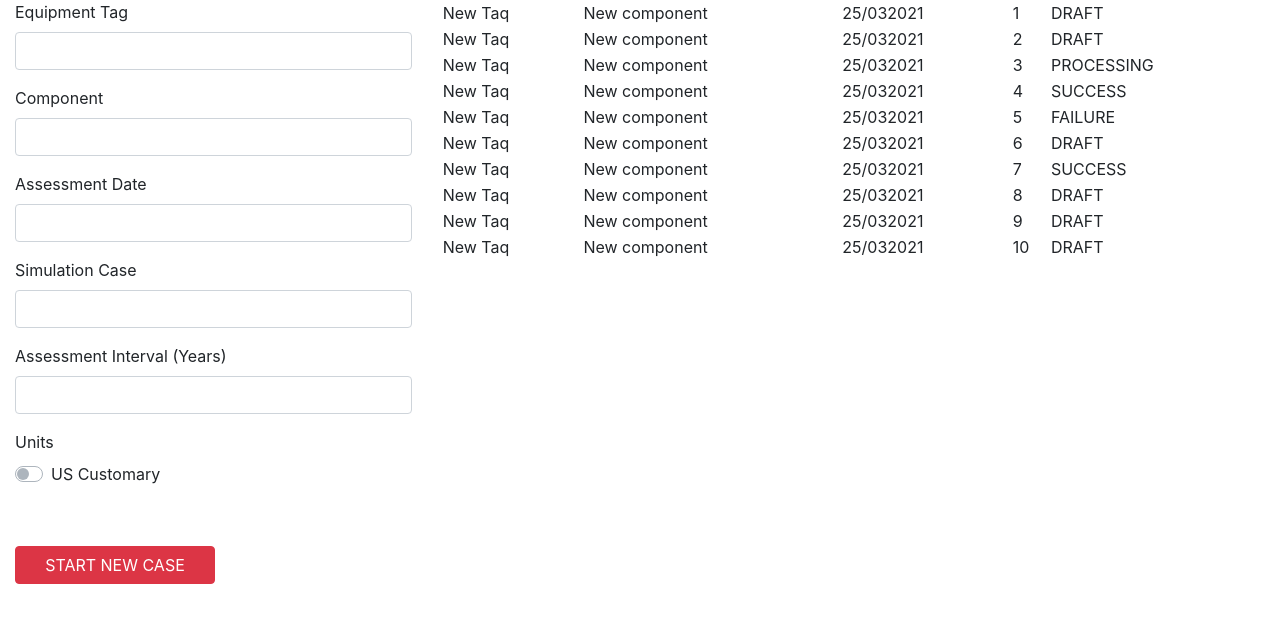
Repository: arif286/dashboard
Page: /
An editor plug-in stored every save of this project. The page is shown before and after a run of saves, followed by the edit.
The browser window is 1280 px wide. The pictures show the whole page.
The project was rebuilt for these pictures with package versions that can differ from the ones it lists, and the page was loaded fresh each time. The framework's server and built-in components were replaced by stand-ins that run in the browser. Also part of the build but not shown: nuxt.config.js, components/Nav.vue.

Above is the page before, as saved 2021-06-18 18:48:29.

### components/Form.vue
<template>
  <div>
    <form class="Assessment-input" action="">
      <div class="mb-3">
        <label for="Input1" class="form-label">Equipment Tag</label>
        <input id="Input1" type="text" class="form-control">
      </div>
      <div class="mb-3">
        <label for="Input2" class="form-label">Component</label>
        <input id="Input2" type="text" class="form-control">
      </div>
      <div class="mb-3">
        <label for="Input3" class="form-label">Assessment Date</label>
        <input id="Input3" type="text" class="form-control">
      </div>
      <div class="mb-3">
        <label for="Input4" class="form-label">Simulation Case</label>
        <input id="Input4" type="text" class="form-control">
      </div>
      <div class="mb-3">
        <label for="Input5" class="form-label">Assessment Interval (Years)</label>
        <input id="Input5" type="text" class="form-control">
      </div>
      <div>
        <label for="Input5" class="form-label">Units</label>
        <b-form-checkbox v-model="checked" name="check-button" switch>
          US Customary
        </b-form-checkbox>
      </div>
      <b-button class="submit-button" type="submit" variant="danger">
        START NEW CASE
      </b-button>
    </form>
  </div>
</template>
<script>
export default {
  data () {
    return {
      form: {
        email: '',
        name: '',
        food: null,
        checked: []
      },
      foods: [
        { text: 'Select One', value: null },
        'Carrots',
        'Beans',
        'Tomatoes',
        'Corn'
      ],
      show: true,
      checked: false
    }
  },
  methods: {
    onSubmit (event) {
      event.preventDefault()
      alert(JSON.stringify(this.form))
    }
  }
}
</script>
<style>
.submit-button {
  width: 200px;
  margin-top: 60px;
}
.Assessment-input input:focus {
  border-color: red;
  box-shadow: none;
}
</style>

### components/Table.vue
<template>
  <table class="w-100 table-border">
    <!-- <thead>
        <tr>
          <th className="text-secondary" scope="col">
            Name
          </th>
          <th className="text-secondary" scope="col">
            Email Id
          </th>
          <th className="text-secondary" scope="col">
            Service
          </th>
          <th className="text-secondary" scope="col">
            pay with
          </th>
          <th className="text-secondary" scope="col">
            status
          </th>
        </tr>
      </thead> -->
    <tbody>
      <tr v-for="item in data" :key="item.id">
        <td>{{ item.equipmentTag }}</td>
        <td>{{ item.component }}</td>
        <td>{{ item.assessmentDate }}</td>
        <td>{{ item.case }}</td>
        <td>{{ item.status }}</td>
      </tr>
    </tbody>
  </table>
</template>

<script>
export default {
  props: {
    data: {
      type: Array,
      required: true
    }
  }
}
</script>
<style scoped>

.table-border tr{
 border: 1px;
}
</style>

### pages/index.vue
<template>
  <div class="container">
    <div class="row">
      <div class="col-4">
        <Form />
      </div>
      <div class="col-8">
        <Table :data="dashboardData" />
      </div>
    </div>
  </div>
</template>

<script>
import { dashboardData } from '@/assets/dashboard.js'
// eslint-disable-next-line semi
export default {
  data () {
    return { dashboardData }
  }
}
</script>

<style>
.container {
  max-width: 1760px;
}
</style>

### assets/dashboard.js
export const dashboardData = [
  {
    id: 1,
    equipmentTag: 'New Taq',
    component: 'New component',
    assessmentDate: '25/032021',
    case: 1,
    status: 'DRAFT'
  },
  {
    id: 2,
    equipmentTag: 'New Taq',
    component: 'New component',
    assessmentDate: '25/032021',
    case: 2,
    status: 'DRAFT'
  },
  {
    id: 3,
    equipmentTag: 'New Taq',
    component: 'New component',
    assessmentDate: '25/032021',
    case: 3,
    status: 'PROCESSING'
  },
  {
    id: 4,
    equipmentTag: 'New Taq',
    component: 'New component',
    assessmentDate: '25/032021',
    case: 4,
    status: 'SUCCESS'
  },
  {
    id: 5,
    equipmentTag: 'New Taq',
    component: 'New component',
    assessmentDate: '25/032021',
    case: 5,
    status: 'FAILURE'
  },
  {
    id: 6,
    equipmentTag: 'New Taq',
    component: 'New component',
    assessmentDate: '25/032021',
    case: 6,
    status: 'DRAFT'
  },
  {
    id: 7,
    equipmentTag: 'New Taq',
    component: 'New component',
    assessmentDate: '25/032021',
    case: 7,
    status: 'SUCCESS'
  },
  {
    id: 8,
    equipmentTag: 'New Taq',
    component: 'New component',
    assessmentDate: '25/032021',
    case: 8,
    status: 'DRAFT'
  },
  {
    id: 9,
    equipmentTag: 'New Taq',
    component: 'New component',
    assessmentDate: '25/032021',
    case: 9,
    status: 'DRAFT'
  },
  {
    id: 10,
    equipmentTag: 'New Taq',
    component: 'New component',
    assessmentDate: '25/032021',
    case: 10,
    status: 'DRAFT'
  }
]

Loaded but not shown: layouts/default.vue (common file)

After the next 2 saves:
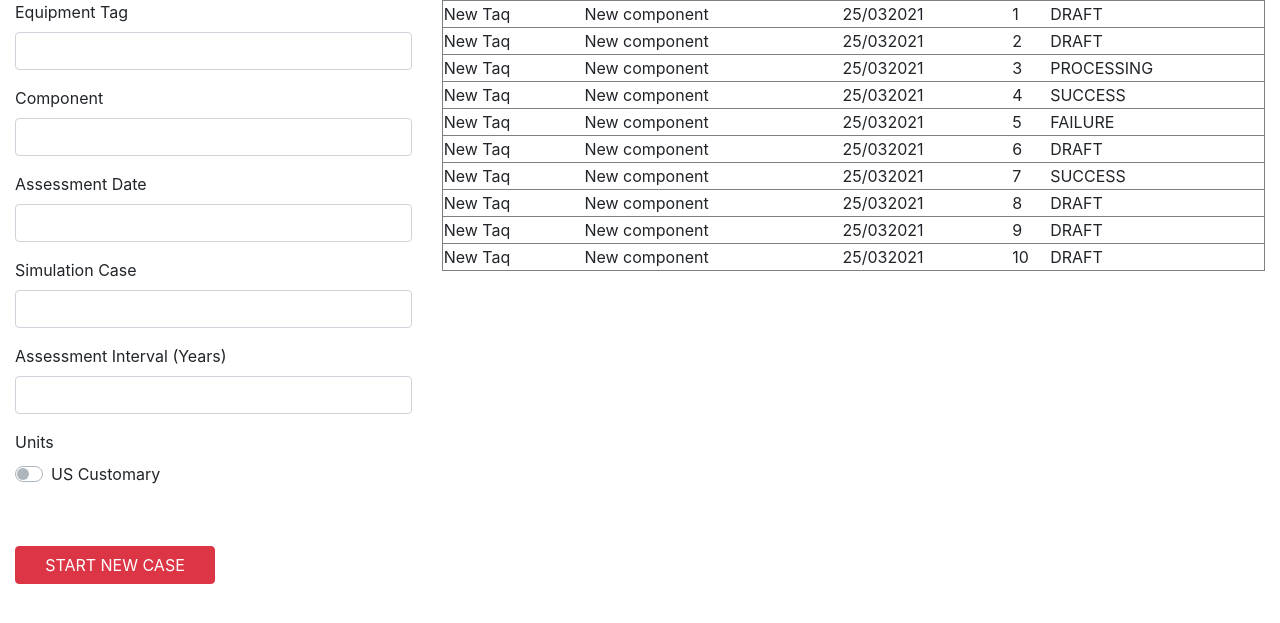
The 2 saves are shown as one change because they came seconds apart.
The last was saved 11 s later.
--- a/components/Table.vue
+++ b/components/Table.vue
@@ -44,6 +44,6 @@ export default {
 <style scoped>
 
 .table-border tr{
- border: 1px;
+ border: 1px solid gray;
 }
 </style>
